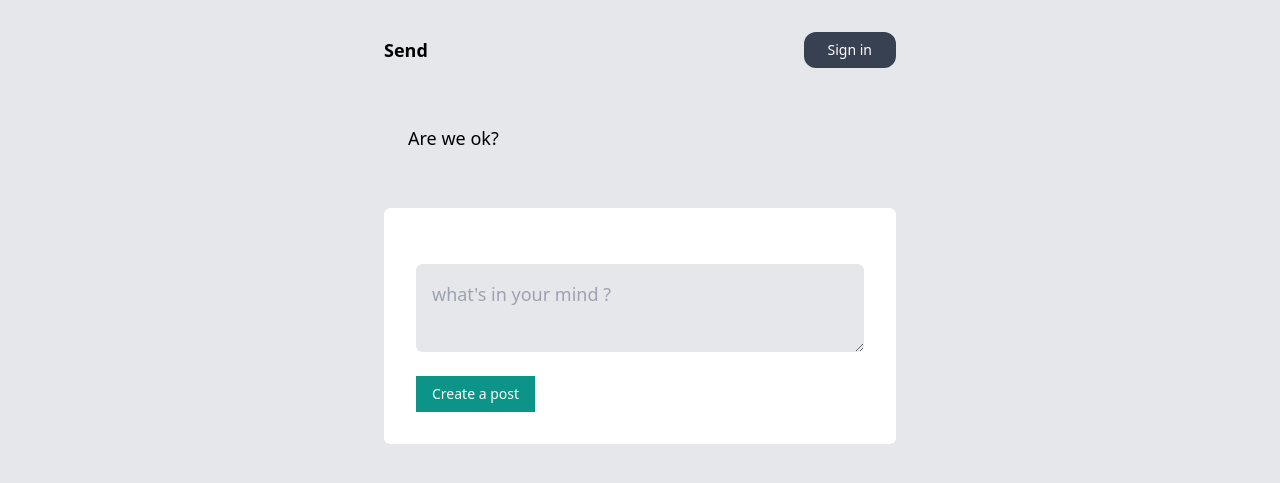
Repository: fatemesoleymanian/react
Page: / (app in next--experimental/postit/)
The author's editor kept a copy of each file at every save. The page is drawn from the files as they stood at one save, then again after the next save.
The browser window is 1280 px wide. The pictures show the whole page.
The page's requests for data from a server got no answer. The project was rebuilt for these pictures with package versions that can differ from the ones it lists, and the page was loaded fresh each time. The framework's server and built-in components were replaced by stand-ins that run in the browser. No one was signed in, and anything a server would have sent is missing. Also part of the build but not shown: next--experimental/postit/next.config.js, next--experimental/postit/app/components/auth/Logged.tsx.

Above is the page before, as saved 2023-02-26 15:57:28.

After the next save:
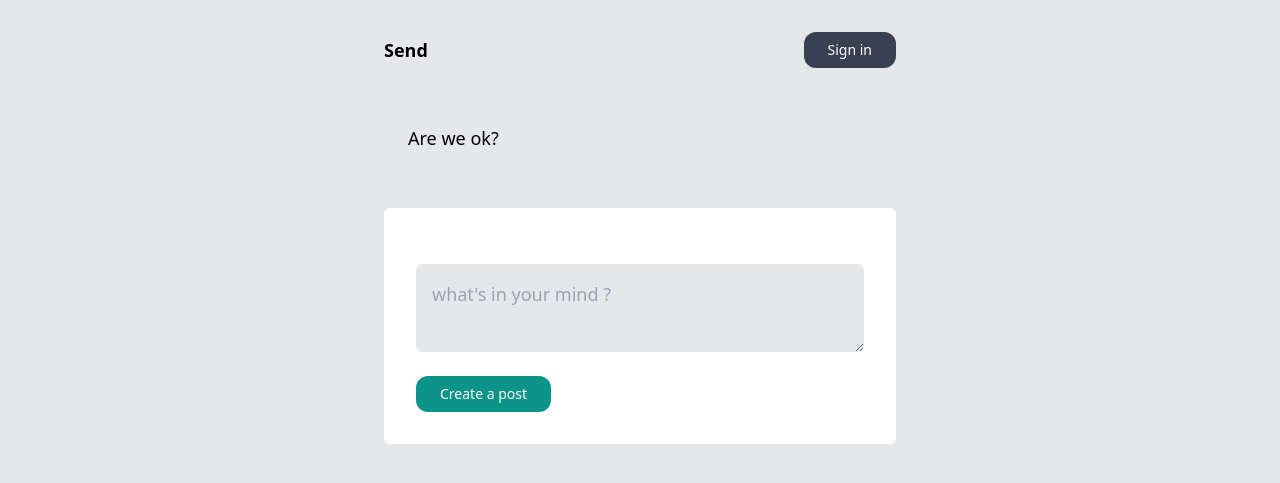
Saved 58 s later.
--- a/next--experimental/postit/app/components/AddPost.tsx
+++ b/next--experimental/postit/app/components/AddPost.tsx
@@ -17,7 +17,7 @@ export default function CreatePost(){
             </div>
             <div>
                 <button disabled={isDisabled}
-                className="text-sm bg-teal-600 text-white py-2 px-4"
+                className="text-sm bg-teal-600 text-white py-2 px-6 rounded-xl disabled:opacity-25"
                 type="submit">
                     Create a post
                     </button>
